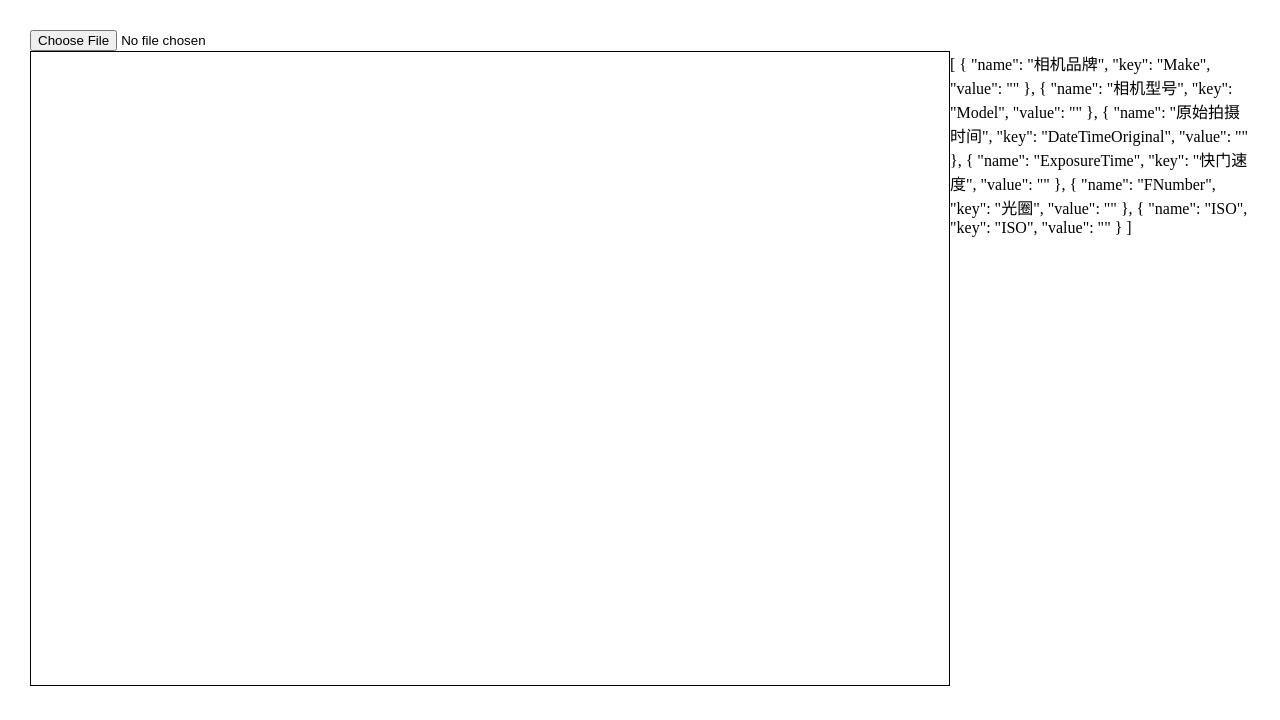
Repository: Gaays/camera-watermark
Page: /
The author's editor kept a copy of each file at every save. The page is drawn from the files as they stood at one save, then again after the next save.
The browser window is 1280 px wide. The pictures show the whole page.
The project was rebuilt for these pictures with package versions that can differ from the ones it lists, and the page was loaded fresh each time. Also part of the build but not shown: vue.config.js.

Above is the page before, as saved 2024-08-17 21:27:43.

### src/App.vue
<template>
  <CameraWatermark />
</template>

<script setup>
import CameraWatermark from './components/cameraWatermark.vue'

</script>

<style>
* {
  box-sizing: border-box;
}

html,
body,
#app {
  margin: 0;
  padding: 0;
  width: 100vw;
  height: 100vh;
}</style>

### src/components/cameraWatermark.vue
<template>
  <div class="content">
    <input type="file" id="fileInput" accept="image/*" @change="handleFileChange">
    <div class="show-box">
      <canvas id="imageCanvas" style="border: 1px solid black;"></canvas>
      <div class="data-box">
        <span>{{ output }}</span>
      </div>
    </div>
  </div>
</template>

<script setup>
import { ref, onMounted } from 'vue'
import EXIF from 'exif-js'

const output = ref([
  {
    name: '相机品牌', key: 'Make', value: ''
  },
  {
    name: '相机型号', key: 'Model', value: ''
  },
  {
    name: '原始拍摄时间', key: 'DateTimeOriginal', value: ''
  },
  {
    name: 'ExposureTime', key: '快门速度', value: ''
  },
  {
    name: 'FNumber', key: '光圈', value: ''
  },
  {
    name: 'ISO', key: 'ISO', value: ''
  },
])

const handleExif = (arrayBuffer) => {
  const exifData = EXIF.readFromBinaryFile(arrayBuffer);
  // const data = JSON.stringify(exifData, null, 2);
  // console.log('🚀 ~ handleExif ~ data:', data);
  output.value.forEach(key => {
    console.log('🚀 ~ handleExif ~ key:', exifData[key.key]);
    if (exifData[key.key]) {
      console.log(exifData[key.key]);
      key.value = exifData[key.key];
    }
  })

}

const handleFileChange = (event) => {
  const file = event.target.files[0];
  if (file) {
    const reader = new FileReader();

    reader.onload = function (e) {
      const arrayBuffer = e.target.result;
      const originImg = URL.createObjectURL(file);
      // 读exif数据
      handleExif(arrayBuffer)

      // canvas渲染图片
      const img = new Image();
      img.onload = function () {
        const canvas = document.getElementById('imageCanvas');
        const ctx = canvas.getContext('2d');
        ctx.clearRect(0, 0, imgBox.value.width, imgBox.value.height);
        const aspectRatio = img.width / img.height;
        let imgWidth = 0
        let imgHeight = 0
        if (img.width >= img.height) {
          imgWidth = imgBox.value.width;
          imgHeight = imgWidth / aspectRatio;
        } else {
          imgHeight = imgBox.value.height;
          imgWidth = imgHeight * aspectRatio;
        }

        // 将图片绘制到 canvas 上
        ctx.drawImage(img, 0, 0, imgWidth, imgHeight);
      };
      img.src = originImg; // 设置图片源为读取的文件数据
    };

    reader.readAsArrayBuffer(file);
  }
}

const imgBox = ref({
  width: 0,
  height: 0
})
const initData = () => {
  const dom = document.getElementById('imageCanvas');
  const domSizeData = dom.getClientRects();
  imgBox.value = {
    width: domSizeData[0].width,
    height: domSizeData[0].height,
  }
  const canvas = document.getElementById('imageCanvas');
  canvas.width = imgBox.value.width;
  canvas.height = imgBox.value.height;
}

onMounted(() => {
  initData()
})
</script>

<!-- Add "scoped" attribute to limit CSS to this component only -->
<style lang="scss" scoped>
.content {
  width: 100%;
  height: 100%;
  padding: 30px 30px;

  .show-box {
    width: 100%;
    height: calc(100% - 25px);
    display: flex;

    #imageCanvas {
      width: calc(100% - 300px);
      height: 100%;
    }

    .data-box {
      width: 300px;
      height: 100%;
      overflow: auto;
    }
  }
}
</style>

Loaded but not shown: public/index.html (common file); src/main.js (common file)

After the next save:
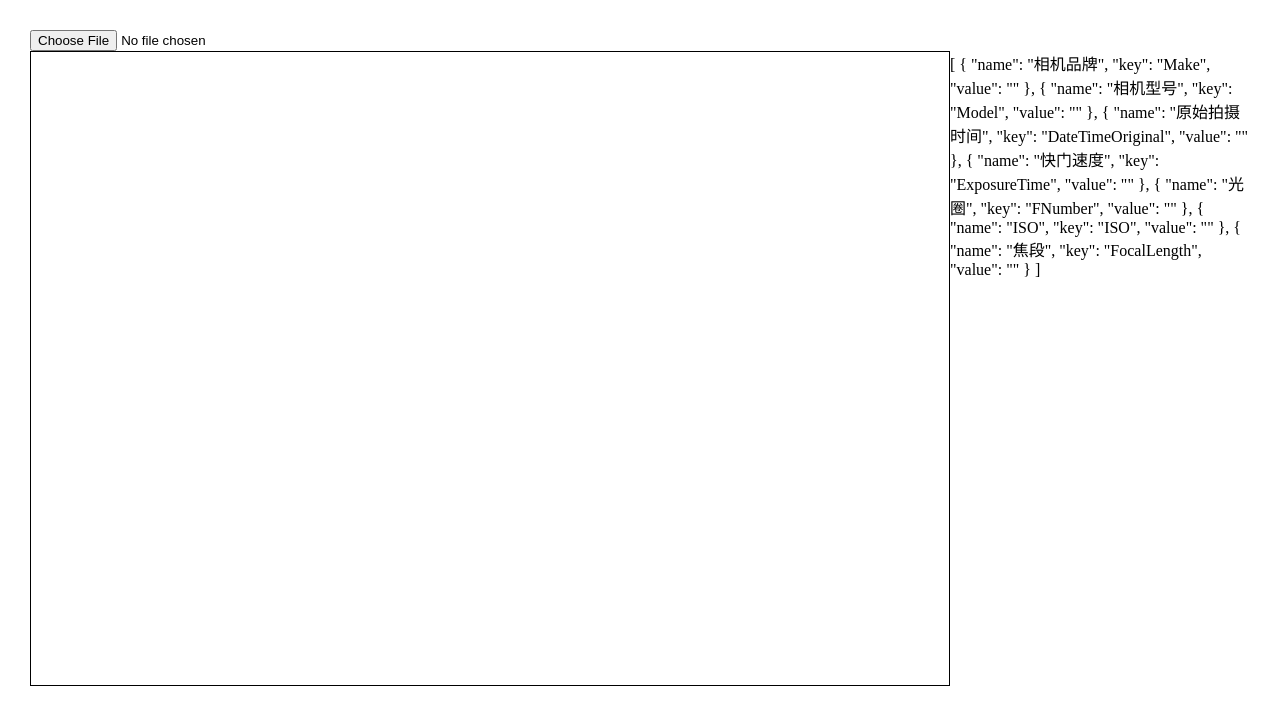
Saved 2 min 46 s later.
--- a/src/components/cameraWatermark.vue
+++ b/src/components/cameraWatermark.vue
@@ -25,13 +25,16 @@ const output = ref([
     name: '原始拍摄时间', key: 'DateTimeOriginal', value: ''
   },
   {
-    name: 'ExposureTime', key: '快门速度', value: ''
+    name: '快门速度', key: 'ExposureTime', value: ''
   },
   {
-    name: 'FNumber', key: '光圈', value: ''
+    name: '光圈', key: 'FNumber', value: ''
   },
   {
     name: 'ISO', key: 'ISO', value: ''
+  },
+  {
+    name: '焦段', key: 'FocalLength', value: ''
   },
 ])
 
